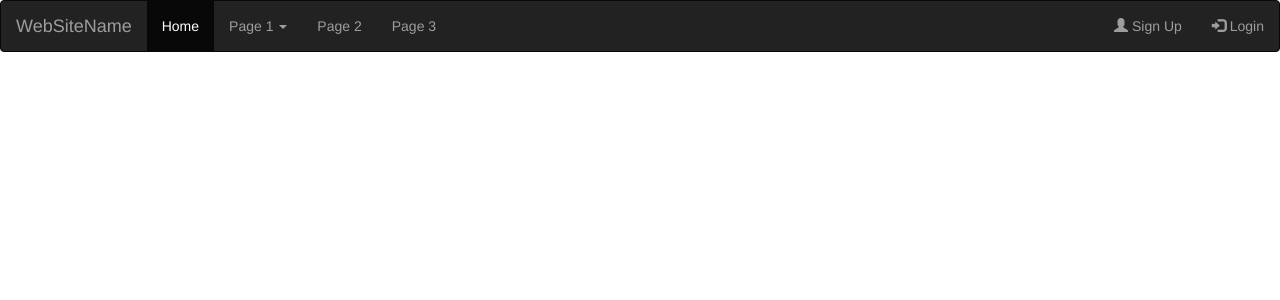
Repository: Ahmad-hamdan98/Java_Project
Page: http://localhost/javaproject/WIB-INF/ShowAll.jsp
An editor plug-in stored every save of this project. The page is shown before and after the next save, followed by the edit.
The browser window is 1280 px wide. The pictures show the whole page.
The page is served by Tomcat 9.

Above is the page before, as saved 2022-11-19 15:21:04.

After the next save:
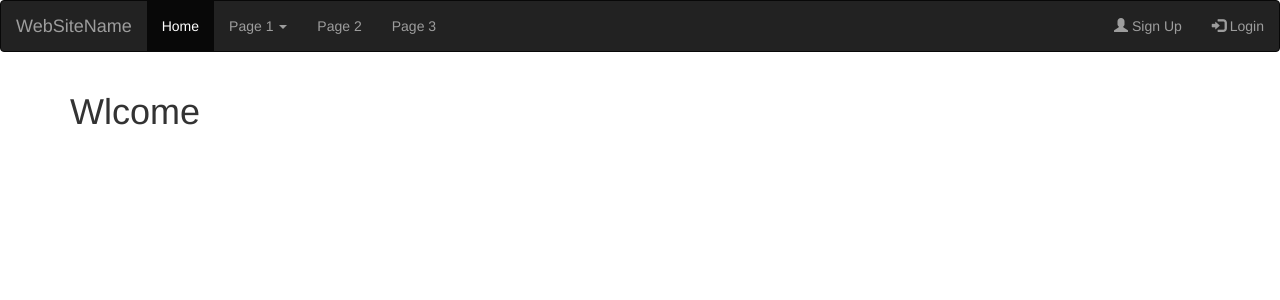
Saved 37 s later.
--- a/atfirst/javaproject/src/main/webapp/WIB-INF/ShowAll.jsp
+++ b/atfirst/javaproject/src/main/webapp/WIB-INF/ShowAll.jsp
@@ -34,7 +34,7 @@
 </nav>
 
 <div class="container">
-
+  <h1>Wlcome ${userName}</h1>
 </div>
 <script src="https://ajax.googleapis.com/ajax/libs/jquery/1.12.0/jquery.min.js"></script>
 <script src="https://maxcdn.bootstrapcdn.com/bootstrap/3.3.6/js/bootstrap.min.js"></script>
